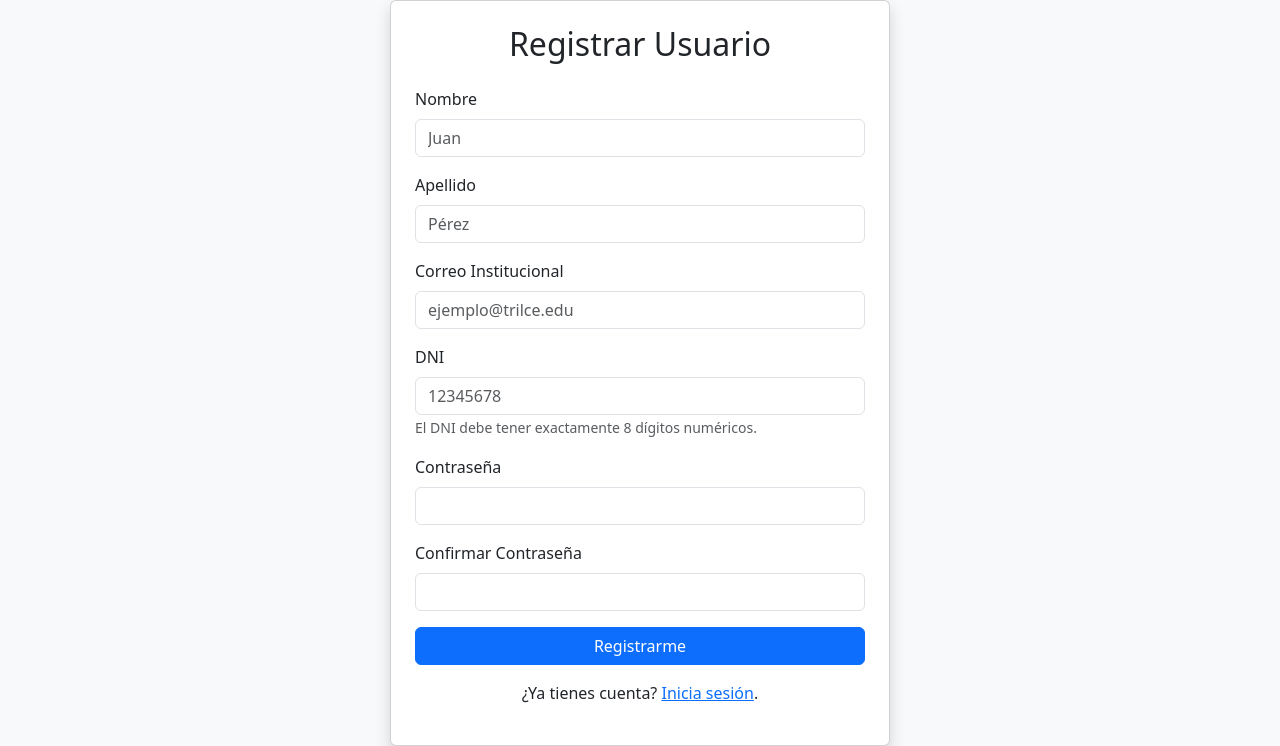
Repository: maycky02/Bibloteca_integrador
Page: http://localhost/registrarme
The author's editor kept a copy of each file at every save. The page is drawn from the files as they stood at one save, then again after the next save.
The browser window is 1280 px wide. The pictures show the whole page.
Backgrounds fixed to the window are drawn as part of the page. The page is this project's Thymeleaf template; nobody is signed in. The template is opened directly, without the code that normally fills it, so the values that code supplies are empty.

Above is the page before, as saved 2024-12-03 21:38:07.

After the next save:
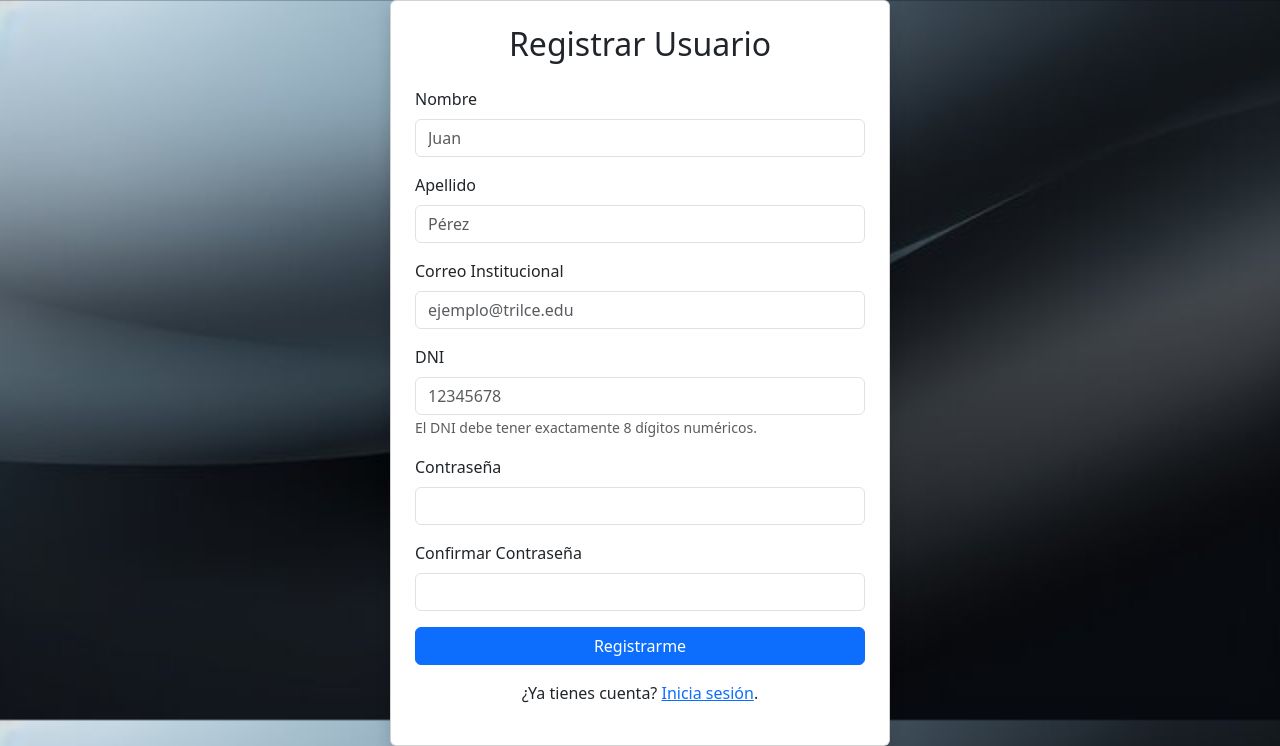
Saved 22 min 52 s later.
--- a/Bibloteca/src/main/resources/templates/registrarme.html
+++ b/Bibloteca/src/main/resources/templates/registrarme.html
@@ -12,7 +12,8 @@
             align-items: center;
             min-height: 100vh;
             margin: 0;
-            background-color: #f8f9fa; /* Fondo claro */
+            background: url('/img/fondo_inicio.jpg') no-repeat center center fixed;
+            background-size: cover; /* Ajusta la imagen al tamaño de la pantalla */
         }
     </style>
 </head>
